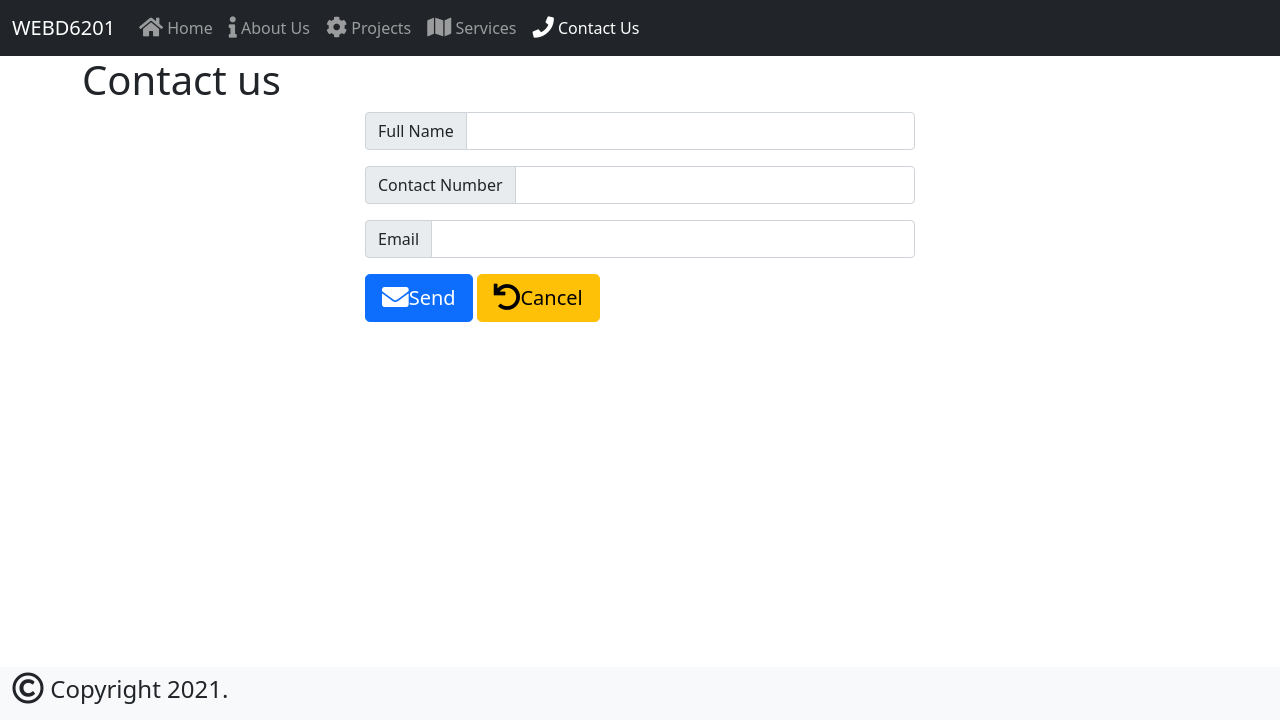
Repository: aphim/Webd6201-wk3
Page: contact.html
An editor plug-in stored every save of this project. The page is shown before and after the next save, followed by the edit.
The browser window is 1280 px wide. The pictures show the whole page.

Above is the page before, as saved 2021-01-21 09:45:14.

After the next save:
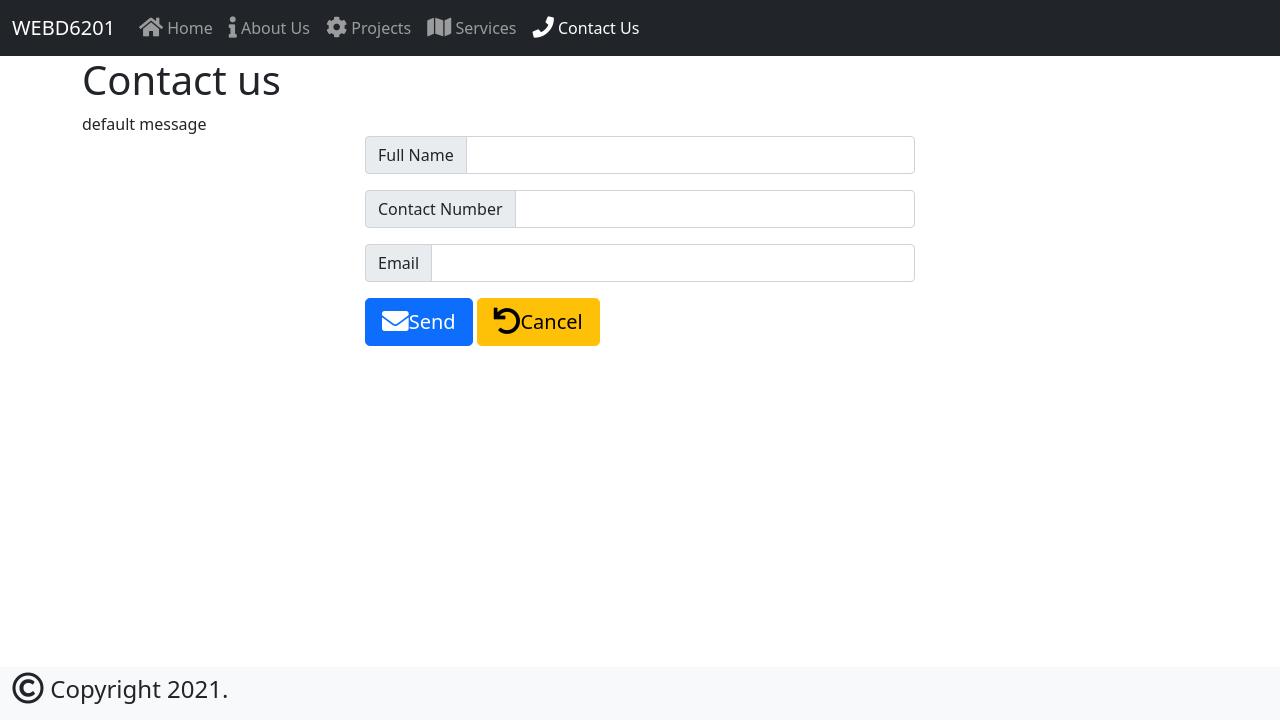
Saved 15 s later.
--- a/Scripts/app.js
+++ b/Scripts/app.js
@@ -76,7 +76,7 @@ function displayServices()
 function displayContact()
 {
     let messageArea = document.getElementById("messageArea");
-    messageArea.hidden = true;
+    //messageArea.hidden = true;
     //form validation
     let fullName = document.getElementById("fullName");
     fullName.addEventListener("blur", function()
